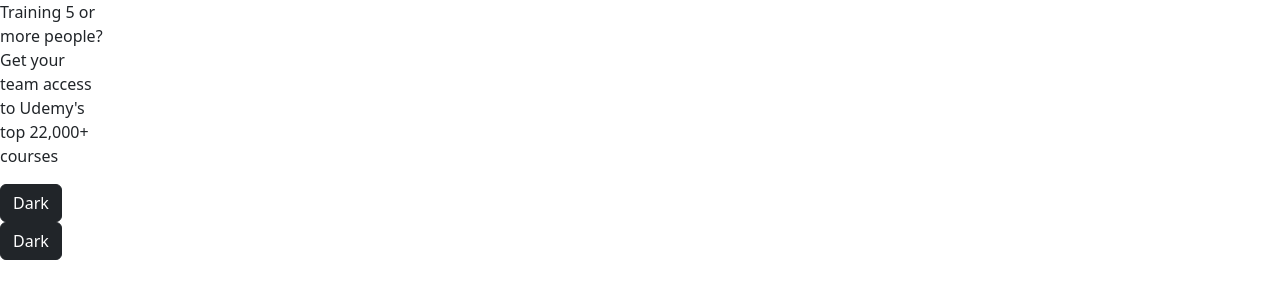
Repository: Taniafdes/newProject
Page: /division/division
An editor plug-in stored every save of this project. The page is shown before and after a run of saves, followed by the edit.
The browser window is 1280 px wide. The pictures show the whole page.
The project was rebuilt for these pictures with package versions that can differ from the ones it lists, and the page was loaded fresh each time. The framework's server and built-in components were replaced by stand-ins that run in the browser. Also part of the build but not shown: next.config.js.

Above is the page before, as saved 2023-06-15 15:45:40.

After the next 2 saves:
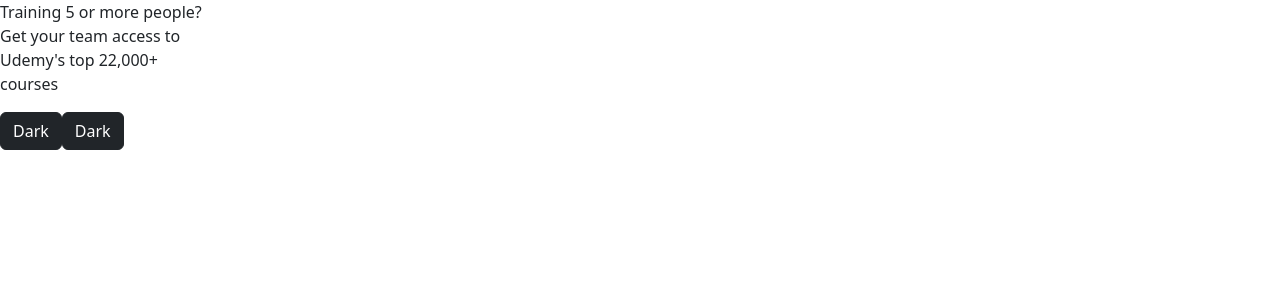
The 2 saves are shown as one change because they came seconds apart.
The last was saved 9 s later.
--- a/pages/division/division.js
+++ b/pages/division/division.js
@@ -4,8 +4,8 @@
 
 const division = () => {
   return (
-   <div className='col-lg-6'>
    <div className='col-lg-2'>
+   <div className='col-lg-'>
        <p>Training 5 or more people?Get your team access to Udemy's top 22,000+ courses</p>
 <Button variant="dark">Dark</Button>
 <Button variant="dark">Dark</Button>

After the save that followed:
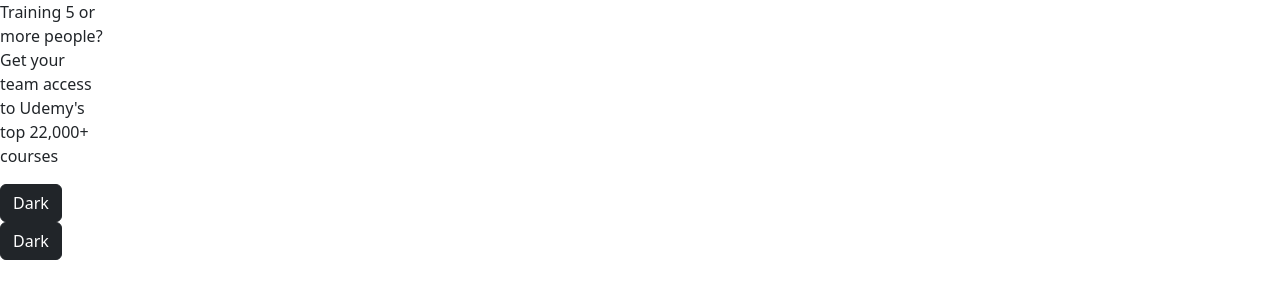
Saved 10 s later.
--- a/pages/division/division.js
+++ b/pages/division/division.js
@@ -5,7 +5,7 @@
 const division = () => {
   return (
    <div className='col-lg-2'>
-   <div className='col-lg-'>
+   <div className='col-lg-6'>
        <p>Training 5 or more people?Get your team access to Udemy's top 22,000+ courses</p>
 <Button variant="dark">Dark</Button>
 <Button variant="dark">Dark</Button>
